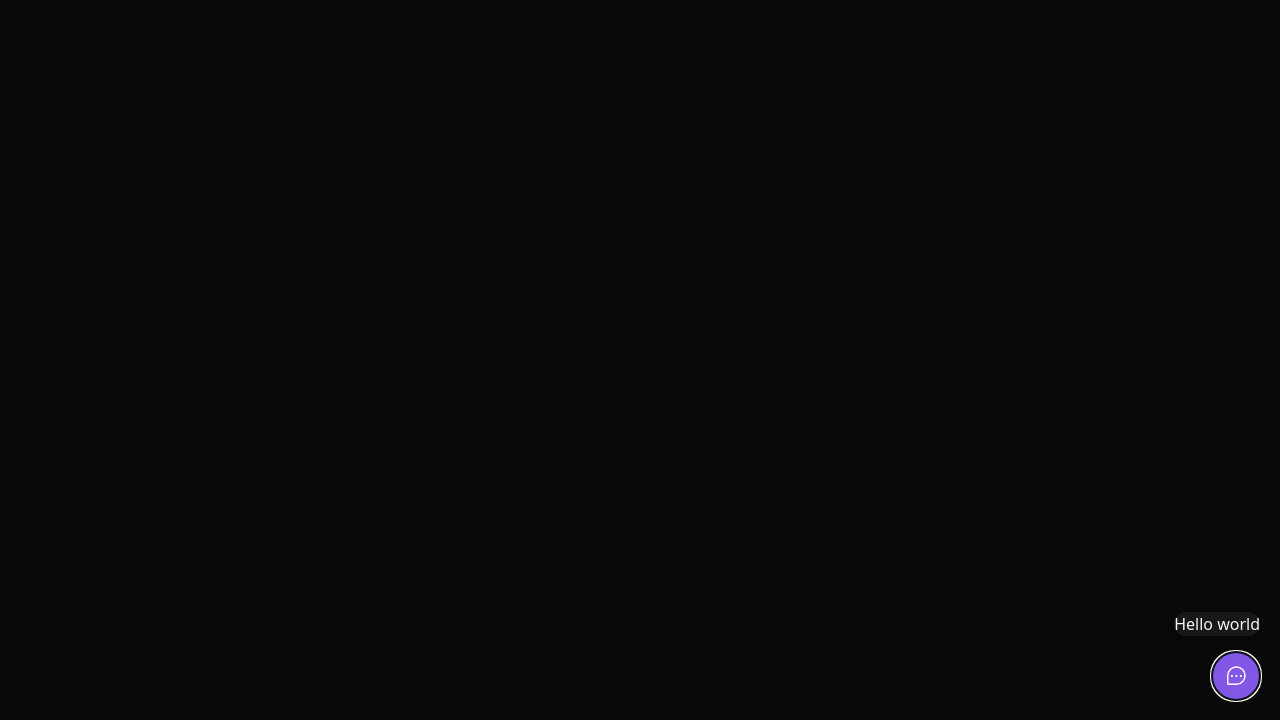
Repository: andynadvorny/feedget-web
Page: /, after clicking the first element matching `#headlessui-popover-button-\:r8\:`
The author's editor kept a copy of each file at every save. The page is drawn from the files as they stood at one save, then again after the next save.
The browser window is 1280 px wide. The pictures show the whole page.
The project was rebuilt for these pictures with package versions that can differ from the ones it lists, and the page was loaded fresh each time. Also part of the build but not shown: vite.config.ts.

Above is the page before, as saved 2022-05-03 12:13:38.

### src/App.tsx
import { Widget } from './components/Widget'

export function App() {
  return (
    <Widget />
  )
}

### src/components/Widget.tsx
import { ChatTeardropDots } from 'phosphor-react'
import { Popover } from '@headlessui/react'
import { WidgetForm } from './WidgetForm'

export function Widget() {

  return (
    <Popover className="absolute bottom-5 right-5 flex flex-col items-end">
      <Popover.Panel>
        <WidgetForm />
      </Popover.Panel>
      <Popover.Button
        className="bg-brand-500 text-white rounded-full px-3 h-12 flex items-center group"
      >
        <ChatTeardropDots className="w-6 h-6" />

        <span className="max-w-0 overflow-hidden group-hover:max-w-xs transition-all duration-500 ease-linear">
          <span className="pl-2"></span>
          Feedback
        </span>
      </Popover.Button>
    </Popover>
  )
}

### src/components/WidgetForm.tsx
export function WidgetForm() {
  return (
    <div className="bg-zinc-900 p4 relative rounded-2xl mb-4 flex-col items-center shadow-lg">
      Hello world
    </div>
  )
}

### tailwind.config.js
module.exports = {
  content: ["./src/**/*.tsx"],
  theme: {
    extend: {
      colors: {
        brand: {
          500: '#8257E6'
        }
      }
    },
  },
  plugins: [],
}

Loaded but not shown: index.html (common file); src/main.tsx (common file); src/global.css (common file)

After the next save:
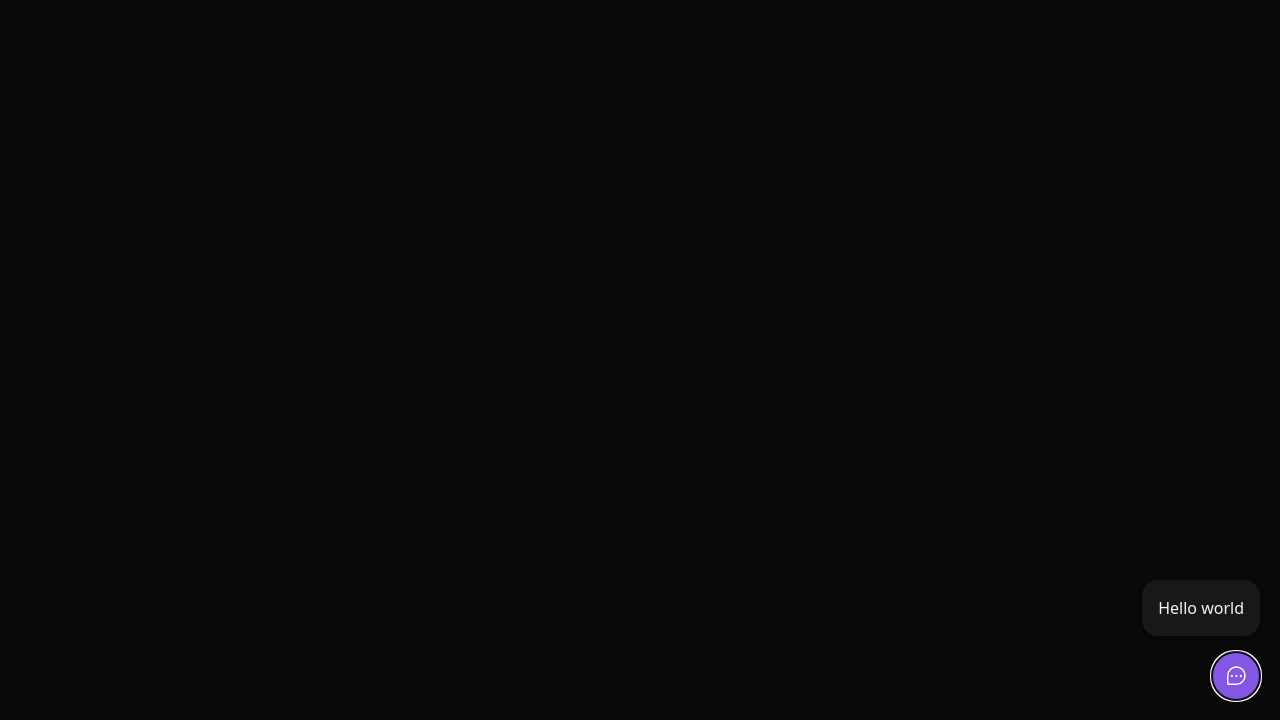
Saved 35 s later.
--- a/src/components/WidgetForm.tsx
+++ b/src/components/WidgetForm.tsx
@@ -1,6 +1,6 @@
 export function WidgetForm() {
   return (
-    <div className="bg-zinc-900 p4 relative rounded-2xl mb-4 flex-col items-center shadow-lg">
+    <div className="bg-zinc-900 p-4 relative rounded-2xl mb-4 flex-col items-center shadow-lg">
       Hello world
     </div>
   )
